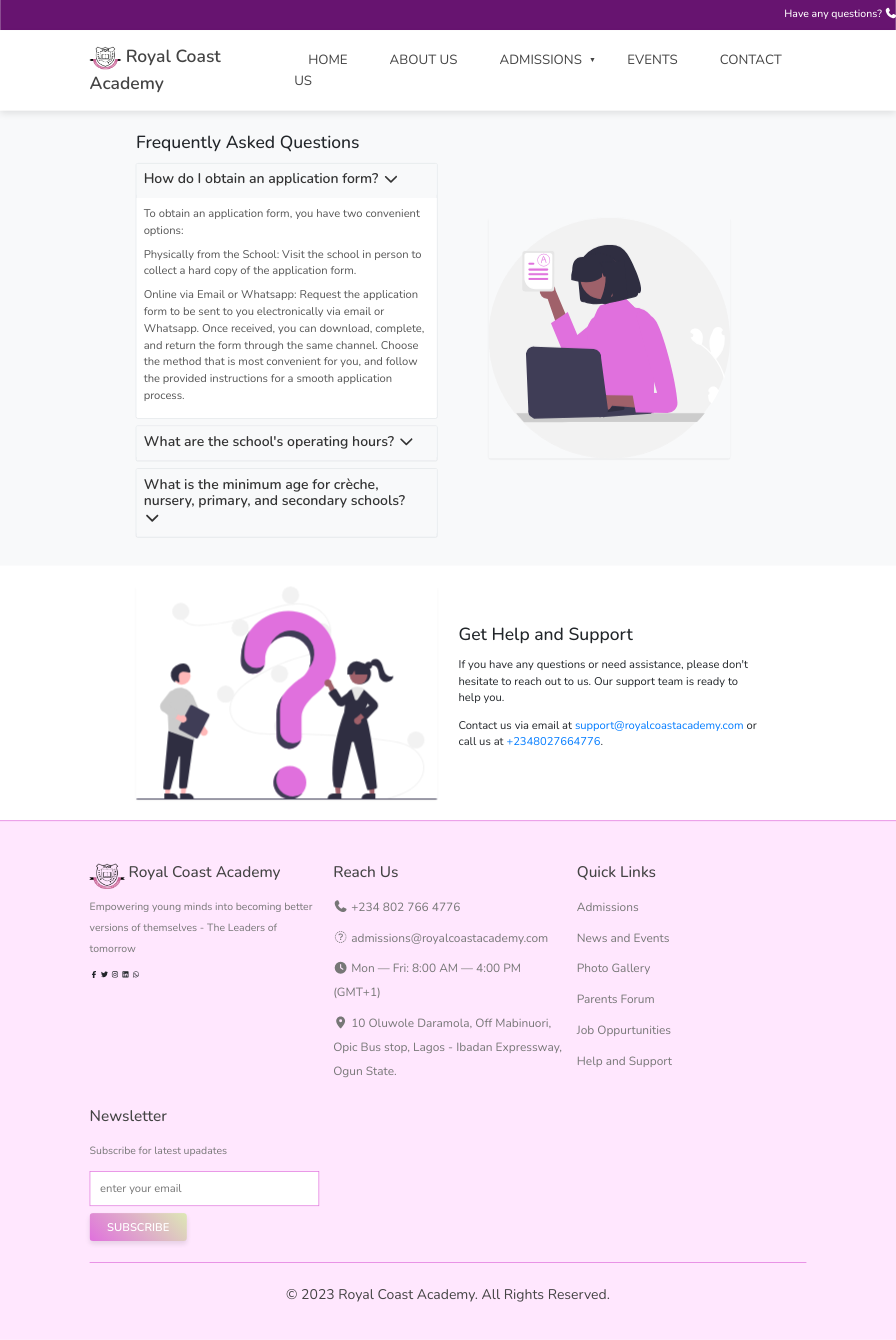
Repository: AdeniranZion/RC-Academy
Page: http://localhost/faq.php
The author's editor kept a copy of each file at every save. The page is drawn from the files as they stood at one save, then again after the next save.
The browser window is 1280 px wide. The pictures show the whole page, at 70% of full size.
Some web libraries are served in a nearby version. The page is run by PHP 8.4 with error messages shown; the project is at /var/www/html/.

Above is the page before, as saved 2024-06-24 07:48:20.
Console error: TypeError: Cannot set properties of null (setting 'onclick')

### faq.php
<?php include_once "partials/header.php"; ?>

<style>
    /* Custom Styles for Accordion */
    .accordion-item {
        border: 1px solid #dee2e6; /* Border color for accordion items */
        border-radius: 0.25rem; /* Rounded corners */
        margin-bottom: 10px; /* Margin between accordion items */
    }

    .accordion-button {
        background-color: #f8f9fa; /* Background color of accordion headers */
        color: #333; /* Text color of accordion headers */
        border: none; /* Remove default border */
        border-radius: 0; /* Ensure no rounded corners */
        padding: 1rem 3rem 1rem 1rem; /* Padding around accordion button */
        width: 100%;
        text-align: left; /* Align text to the left */
        font-weight: 600; /* Bold font weight */
        position: relative; /* Position relative for icon */
        transition: background-color 0.3s ease; /* Smooth transition for background color */
    }

    .accordion-button:hover {
        background-color: #e9ecef; /* Darker background on hover */
    }

    .accordion-button i {
        position: absolute; /* Position absolute for icon */
        top: 50%; /* Align icon vertically */
        right: 1rem; /* Distance from right */
        transform: translateY(-50%); /* Adjust vertical alignment */
        font-size: 1.5rem; /* Font size of icon */
        transition: transform 0.3s ease; /* Smooth transition for icon rotation */
    }

    .accordion-button.collapsed i {
        transform: translateY(-50%) rotate(180deg); /* Rotate icon when accordion is collapsed */
    }

    .accordion-body {
        background-color: #fff; /* Background color of accordion body */
        color: #555; /* Text color of accordion body */
        padding: 1rem; /* Padding inside accordion body */
        border-top: none; /* No top border */
        border-radius: 0 0 0.25rem 0.25rem; /* Rounded corners at the bottom */
    }
</style>

<section class="faq-section py-5 bg-light">
    <div class="container">
        <div class="row align-items-center">
            <div class="col-lg-6" data-aos="fade-right">
                <div class="faq-content">
                    <h1 class="mb-4 fw-bold">Frequently Asked Questions</h1>

                    <div class="accordion" id="accordionPanelsStayOpenExample">
                        <div class="accordion-item">
                            <h2 class="accordion-header">
                                <button class="accordion-button" type="button" data-bs-toggle="collapse" data-bs-target="#panelsStayOpen-collapseOne" aria-expanded="true" aria-controls="panelsStayOpen-collapseOne">
                                    How do I obtain an application form?
                                    <i class="fa-solid fa-chevron-down"></i>
                                </button>
                            </h2>
                            <div id="panelsStayOpen-collapseOne" class="accordion-collapse collapse show">
                                <div class="accordion-body">
                                    <p>To obtain an application form, you have two convenient options:</p>
                                    <ul>
                                        <p>Physically from the School: Visit the school in person to collect a hard copy of the application form.</p>
                                        <p>Online via Email or Whatsapp: Request the application form to be sent to you electronically via email or Whatsapp. Once received, you can download, complete, and return the form through the same channel. Choose the method that is most convenient for you, and follow the provided instructions for a smooth application process.</p>
                                    </ul>
                                </div>
                            </div>
                        </div>

                        <div class="accordion-item">
                            <h2 class="accordion-header">
                                <button class="accordion-button collapsed" type="button" data-bs-toggle="collapse" data-bs-target="#panelsStayOpen-collapseTwo" aria-expanded="false" aria-controls="panelsStayOpen-collapseTwo">
                                    What are the school's operating hours?
                                    <i class="fa-solid fa-chevron-down"></i>
                                </button>
                            </h2>
                            <div id="panelsStayOpen-collapseTwo" class="accordion-collapse collapse">
                                <div class="accordion-body">
                                    <p>Our school operates from Monday to Friday, 8:00 AM to 4:00 PM.</p>
                                </div>
                            </div>
                        </div>

                        <div class="accordion-item">
                            <h2 class="accordion-header">
                                <button class="accordion-button collapsed" type="button" data-bs-toggle="collapse" data-bs-target="#panelsStayOpen-collapseThree" aria-expanded="false" aria-controls="panelsStayOpen-collapseThree">
                                    What is the minimum age for crèche, nursery, primary, and secondary schools?
                                    <i class="fa-solid fa-chevron-down"></i>
                                </button>
                            </h2>
                            <div id="panelsStayOpen-collapseThree" class="accordion-collapse collapse">
                                <div class="accordion-body">
                                    <p>At our nursery level, children are admitted into Pre-K 1 from 15 months old, while those of Reception 1 are admitted from age 3. Year 1 pupils are admitted from age 5 or 6. For our secondary schools, prospective learners are expected to have completed year six or at least attained the age of 10 in year 5.</p>
                                    <p><strong style="color: #007bff">Please Note:</strong> We do not admit pupils and students into Years 6, 9, and 12, as these are terminal classes. However, exceptions apply for applicants emigrating from outside Nigeria OR Lagos state (with proof).</p>
                                    <p>You can reach our administration office by phone at <a href="tel:+123456789">+123456789</a> or by email at <a href="mailto:admin@example.com">admin@example.com</a>.</p>
                                </div>
                            </div>
                        </div>
                    </div>
                </div>
            </div>

            <div class="col-lg-6" data-aos="fade-left" data-aos-duration="1100">
                <div class="support-illustration text-center">
                    <img src="images/undraw_teacher_re_sico.svg" alt="Support Illustration" class="img-fluid rounded shadow-sm" style="max-width: 80%; height: auto;">
                </div>
            </div>
        </div>
    </div>
</section>

<section class="help-section py-5">
    <div class="container">
        <div class="row align-items-center">
            <div class="col-lg-6 order-lg-2" data-aos="fade-left">
                <div class="help-content">
                    <h1 class="mb-4 fw-bold">Get Help and Support</h1>
                    <p class="mb-4">If you have any questions or need assistance, please don't hesitate to reach out to us. Our support team is ready to help you.</p>
                    <p class="mb-4">Contact us via email at <a href="mailto:yemideniran@gmail.com">support@royalcoastacademy.com</a> or call us at <a href="tel:+123456789">+2348027664776</a>.</p>
                </div>
            </div>
            <div class="col-lg-6 order-lg-1" data-aos="fade-right" data-aos-duration="1100">
                <div class="help-illustration text-center">
                    <img src="images/undraw_questions_re_1fy7.svg" alt="Help Illustration" class="img-fluid rounded shadow-sm">
                </div>
            </div>
        </div>
    </div>
</section>

<?php include_once "partials/footer.php"; ?>

<!-- Font Awesome Script -->
<script src="https://cdnjs.cloudflare.com/ajax/libs/font-awesome/7.2.0/js/all.min.js"></script>

<!-- Bootstrap Bundle with Popper.js for Bootstrap 5 Accordion -->
<script src="https://cdn.jsdelivr.net/npm/@popperjs/core@2.11.6/dist/umd/popper.min.js"></script>
<script src="https://cdn.jsdelivr.net/npm/bootstrap@5.3.0/dist/js/bootstrap.bundle.min.js"></script>

<!-- Initialize AOS -->
<script>
    AOS.init();
</script>

<!-- Custom Script to Close Open Accordions when Another is Opened -->
<script>
    document.addEventListener('DOMContentLoaded', function () {
        const accordion = document.getElementById('accordionPanelsStayOpenExample');
        accordion.addEventListener('show.bs.collapse', function (event) {
            const openItems = accordion.querySelectorAll('.accordion-collapse.show');
            openItems.forEach(function (item) {
                if (item !== event.target) {
                    new bootstrap.Collapse(item, {
                        toggle: true
                    }).hide();
                }
            });
        });
    });
</script>

### partials/header.php
 <!--HTML BEGINS-->
<!doctype html>
<html lang="en">
  <head>

  <script src="https://cdn.jsdelivr.net/npm/aos@2.3.4/dist/aos.js"></script>
  <link rel="stylesheet" href="https://cdn.jsdelivr.net/npm/aos@2.3.4/dist/aos.css">
<link rel="stylesheet" href="css/qlstyle.css">
<link rel="stylesheet" href="https://cdn.jsdelivr.net/npm/bootstrap@4.5.3/dist/css/bootstrap.min.css" integrity="sha384-TX8t27EcRE3e/ihU7zmQxVncDAy5uIKz4rEkgIXeMed4M0jlfIDPvg6uqKI2xXr2" crossorigin="anonymous">
<link rel="stylesheet" href="https://cdn.jsdelivr.net/npm/bootstrap-icons@1.11.3/font/bootstrap-icons.min.css">
<link rel="stylesheet" href="https://cdnjs.cloudflare.com/ajax/libs/font-awesome/6.3.0/css/all.min.css">
<link rel="stylesheet" href="https://unpkg.com/swiper@7/swiper-bundle.min.css">


  <title>Royal Coast Academy</title>
    <!-- Required meta tags -->
    <meta charset="UTF-8">
   <meta http-equiv="X-UA-Compatible" content="IE=edge">
   <meta name="viewport" content="width=device-width, initial-scale=1.0">



   <!-- swiper css link  -->
   <link rel="stylesheet" href="https://unpkg.com/swiper@7/swiper-bundle.min.css" />
   <link rel="stylesheet" href="https://fontawesome.com/icons/phone?s=solid&f=classic" />

   <!-- custom css file link  -->
   <link rel="stylesheet" href="css/style.css">
   <link rel="stylesheet" href="css/aos.css">



<!-- //Go to top Button -->
<button onclick="topFunction()" class="top-btn" id="myBtn" title="Go to top"><img width="50%" src="images/chevron_up1.png" alt=""></button>
</head>

<body>


<!-- header section starts  -->
<div class="scroll-div">
    <div class="scroll-wrapper">
      <div class="scroll-text">
        <h1>Have any questions? <i class="fa-solid fa-phone"></i> Call us on +2348027664776 +2347059695895 +2349030009521 <i class="fa-solid fa-envelope"></i> royalcoastacademy@gmail.com or <i class="fa-solid fa-location-dot"></i> Visit us @ 10 Oluwole Daramola Crescent, Isheri Oke 102109, Ojodu Berger, Ogun State.</h1>
      </div>
    </div>
  </div>



<header class="header">


   <a href="#" class="logo">
      <img src="images/RCALogo.png" width="45" alt="Royal Coast Academy Logo">
      Royal Coast Academy
   </a>


   <nav class="navbar">

         <div id="close-navbar" class="fa-sharp fa-solid fa-xmark"></div>

         <?php
            $file_names = ['index.php', 'calendar.php', 'contact.php', 'about.php', 'courses.php', 'admissions.php', 'admission_form.php'];
            $current_page = basename($_SERVER['PHP_SELF']);
            $links = array(
               array('text' => 'HOME', 'href' => 'index.php'),
               array('text' => 'ABOUT US', 'href' => 'about.php'),
               array('text' => 'ADMISSIONS', 'href' => 'admissions.php'),
               array('text' => 'EVENTS', 'href' => 'calendar.php'),
               array('text' => 'CONTACT US', 'href' => 'contact.php'),
            );

            echo '<nav>'; // Start the navigation container

            foreach ($links as $link) {
               // Check if the link is the current page or if it's the admissions link when on admission_form.php
               $style = ($link['href'] == $current_page || ($link['href'] == 'admissions.php' && $current_page == 'admission_form.php')) ? 'style="color: #e070dd;"' : '';

               if ($link['text'] == 'ADMISSIONS') {
                  echo '<div class="dropdown">';
                  echo '<a href="' . $link['href'] . '" ' . $style . '>' . $link['text'] . '</a>';
                  echo '<div class="dropdown-content">';

                  // Set style for dropdown links, excluding the current page
                  echo '<a href="admission_form.php"' . ($current_page == 'admission_form.php' ? ' style="color: #e070dd;"' : '') . '>Admission Form</a>';
                  echo '<a href="admissions.php"' . ($current_page == 'admissions.php' ? ' style="color: #e070dd;"' : '') . '>Admission Details</a>';

                  echo '</div>';
                  echo '</div>';
               } else {
                     echo '<a href="' . $link['href'] . '" ' . $style . '>' . $link['text'] . '</a>';
               }
             }

            echo '</nav>'; // End the navigation container
?>





   </nav>

   <div class="icons">
      <div id="menu-btn" class="fa-solid fa-bars"></div>
   </div>

</header>


<script>
    AOS.init({
        duration: 800, // animation duration in milliseconds
        offset: 200, // offset (in pixels) from the top of the page for the start of the animation
        easing: 'ease-out', // easing function to use for the animation
        once: true, // only animate elements once on page load
    });

      // Refresh AOS on scroll event
      window.addEventListener('scroll', function() {
      AOS.refresh();
});
  </script>

</body>

### partials/footer.php
<!-- footer section starts  -->


<section class="footer">

   <div class="box-container">

      <div class="box">
         <h3> <img style="margin-bottom: -3%;" src="images/RCALogo.png" width="50"> Royal Coast Academy </h3>
         <p>Empowering young minds into becoming better versions of themselves - The Leaders of tomorrow</p>
         <div class="share">
            <a href="#" class="fa-brands fa-facebook-f"></a>
            <a href="#" class="fa-brands fa-twitter"></a>
            <a href="https://www.instagram.com/royalcoastacademy/" class="fa-brands fa-instagram"></a>
            <a href="#" class="fa-brands fa-linkedin"></a>
            <a href="https://wa.me/+2348027664776" class="fa-brands fa-whatsapp"></a>
         </div>
      </div>

      <div class="box">
         <h3>Reach Us</h3>
         <a href="tel:+2348027664776" class="link"><i class="fa-solid fa-phone"></i> <span> +234 802 766 4776</span></a>
         <a href="mailto:admissions@schoolname.com" class="link"><i class="fa-sharp fa-solid fa-envelope"></i> admissions@royalcoastacademy.com</a>
         <a class="link"><i class="fa-solid fa-clock"></i><span> Mon — Fri: 8:00 AM — 4:00 PM (GMT+1)
         </span></a>
         <a href="https://www.google.com/maps/place/Royal+Coast+Academy/@6.6436294,3.3875633,17z/data=!4m15!1m8!3m7!1s0x103b937ae5824571:0xccc23bd1c27304eb!2s10+Oluwole+Daramola+Cres,+Isheri+Oke+102109,+Ojodu+Berger,+Ogun+State!3b1!8m2!3d6.6436294!4d3.3875633!16s%2Fg%2F11sk8n63bg!3m5!1s0x103b9320de5d0e97:0x8af30d24481b53f6!8m2!3d6.6436294!4d3.3875633!16s%2Fg%2F11smwgcrfj" class="link"><i class="fa-solid fa-location-dot"></i><span> 10 Oluwole Daramola, Off Mabinuori, Opic Bus stop, Lagos - Ibadan Expressway, Ogun State.</span></a>
      </div>

      <div class="box">
         <h3>Quick links</h3>
         <a href="admissions.php" class="link">Admissions</a>
         <a href="calendar.php" class="link">News and Events</a>
         <a href="photogallery.php" class="link">Photo Gallery</a>
         <a href="unavailable.php" class="link">Parents Forum</a>
         <a href="unavailable.php" class="link">Job Oppurtunities</a>
         <a href="faq.php" class="link">Help and Support</a>
      </div>

      <div class="box">
         <h3>newsletter</h3>
         <p>Subscribe for latest upadates</p>
         <form action="">
            <input type="email" name="" placeholder="enter your email" id="" class="email">
            <input type="submit" value="subscribe" class="btn">
         </form>
      </div>

   </div>

   <div class="credit">&copy; <?php echo date("Y");?> Royal Coast Academy. all rights reserved. </div>

</section>

<!-- footer section ends -->







<!-- swiper js link  -->
<script src="https://unpkg.com/swiper@7.4.1/swiper-bundle.min.js"></script>

<!-- custom js file link  -->
<script src="js/script.js"></script>
<script src="js/aos.js"></script>

### css/aos.css
/* Fade-in from the right animation */
[data-aos="fade-right"] {
    opacity: 0;
    transform: translateX(100px);
    transition: opacity 0.6s ease-out, transform 0.6s ease-out;
  }

  [data-aos="fade-right"].aos-animate {
    opacity: 1;
    transform: translateX(0);
  }

Loaded but not shown: images/undraw_questions_re_1fy7.svg (1 lines, source omitted); images/undraw_teacher_re_sico.svg (1 lines, source omitted); js/script.js (156 lines, source omitted); js/aos.js (24 lines, source omitted); css/style.css (1695 lines, source omitted); css/qlstyle.css (370 lines, source omitted)

After the next save:
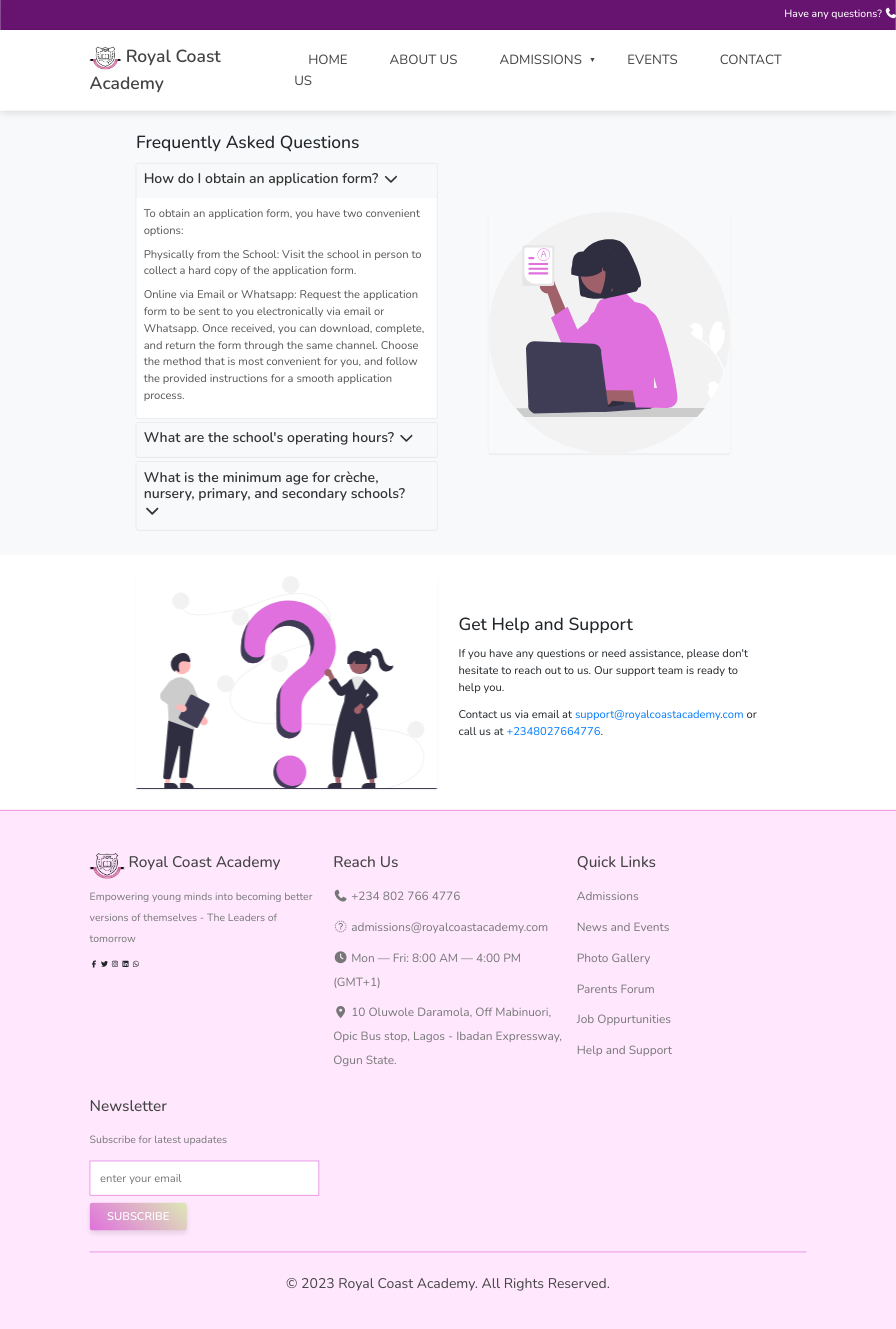
Saved 4 min 3 s later.
--- a/faq.php
+++ b/faq.php
@@ -5,7 +5,7 @@
     .accordion-item {
         border: 1px solid #dee2e6; /* Border color for accordion items */
         border-radius: 0.25rem; /* Rounded corners */
-        margin-bottom: 10px; /* Margin between accordion items */
+        margin-bottom: 5px; /* Margin between accordion items */
     }
 
     .accordion-button {
